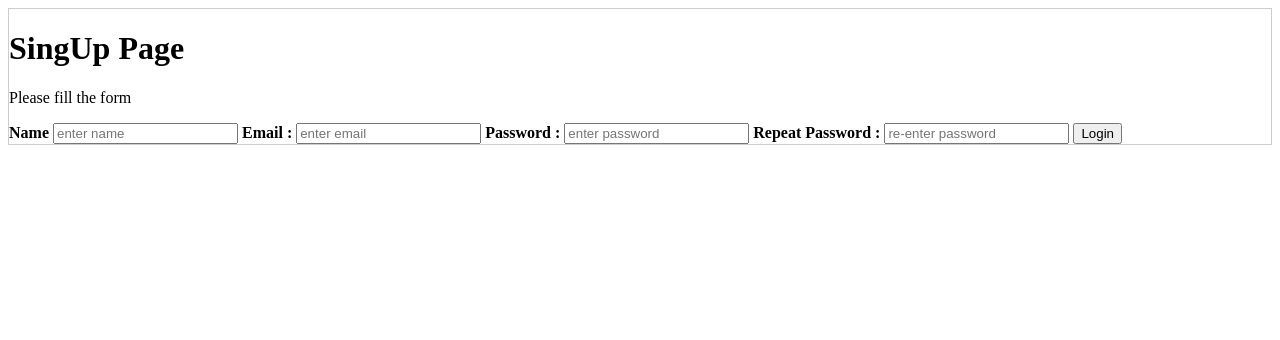
Repository: Altafalinadaf/SimpleProjects
Page: servletDemo10/src/main/webapp/index10.html
The author's editor kept a copy of each file at every save. The page is drawn from the files as they stood at one save, then again after the next save.
The browser window is 1280 px wide. The pictures show the whole page.

Above is the page before, as saved 2023-10-31 18:33:15.

After the next save:
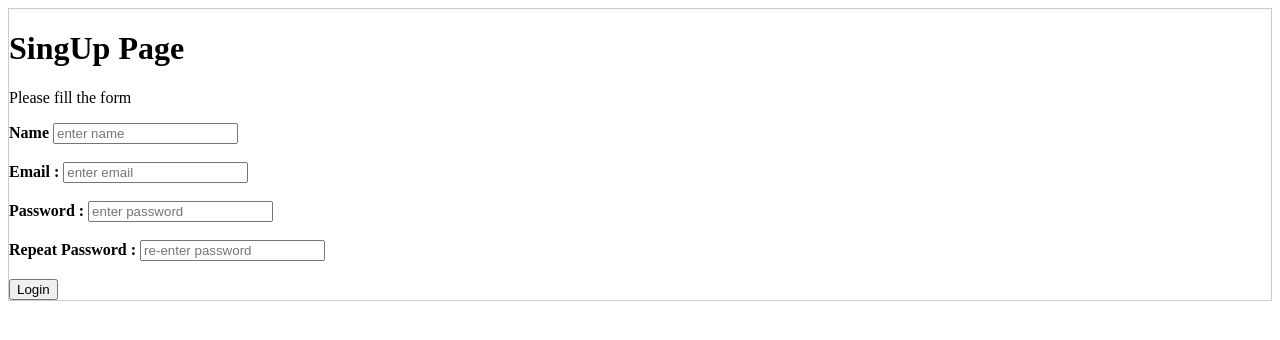
Saved 3 min 9 s later.
--- a/servletDemo10/src/main/webapp/index10.html
+++ b/servletDemo10/src/main/webapp/index10.html
@@ -8,21 +8,29 @@
 
 <body>
 	<form action="login" method="post" style="border:1px solid #ccc">
-		<div class="container">
+
 			<h1>SingUp Page </h1>
 			<p>Please fill the form </p>
 
 			        <label for="name"><b>Name </b> <label>
 					<input type="text" name="name" placeholder="enter name" required />
+					<br/>
+					<br/>
 
 					<label for="email"><b>Email :</b> </label>
 					<input type="text" name="email" placeholder="enter email" required />
+					<br/>
+					<br/>
 
 					<label for="password"><b>Password :</b></label>
 					<input type="password" name="pass" placeholder="enter password" required />
+					<br/>
+					<br/>
 
 					<label for="password"><b>Repeat Password : </b></label>
 					<input type="password" name="pass2" placeholder="re-enter password" required />
+					<br/>
+					<br/>
 
 					<input type="submit" value="Login" />
 
